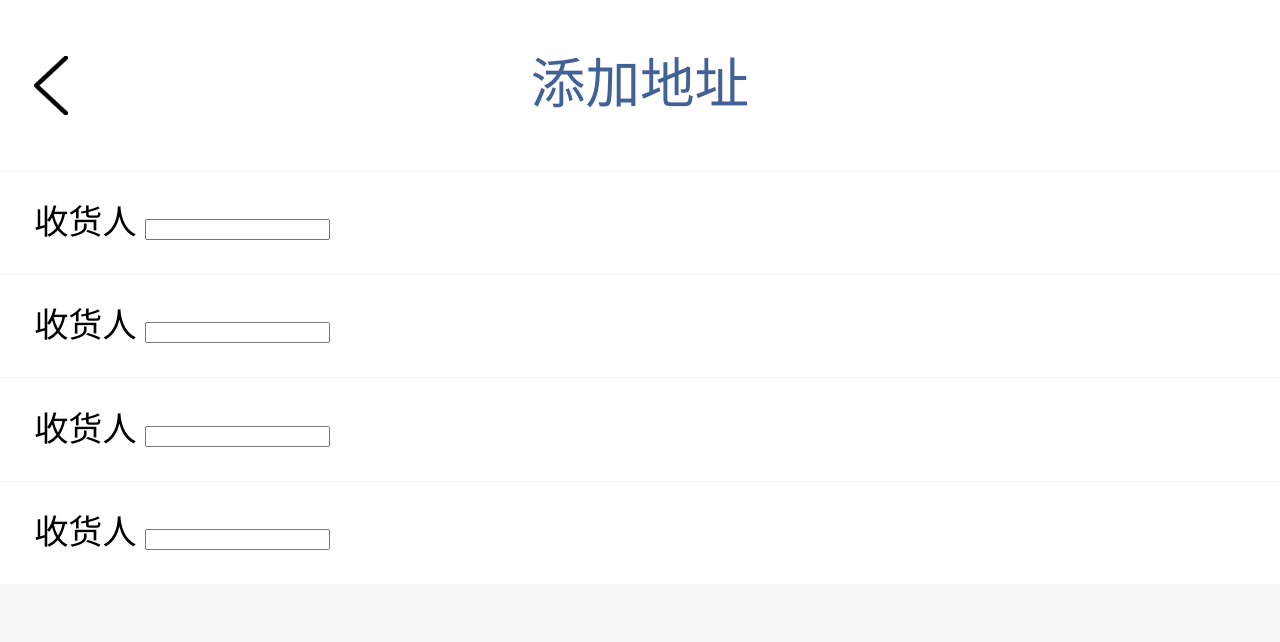
Repository: 421538074/sell
Page: consumer/manage-address.html
An editor plug-in stored every save of this project. The page is shown before and after the next save, followed by the edit.
The browser window is 1280 px wide. The pictures show the whole page.

Above is the page before, as saved 2019-06-03 16:08:27.

### consumer/manage-address.html
<!DOCTYPE html>
<html lang="en">

<head>
    <meta charset="UTF-8">
    <meta name="viewport" content="width=device-width, initial-scale=1.0">
    <meta http-equiv="X-UA-Compatible" content="ie=edge">
    <title>地址管理</title>
    <link rel="stylesheet" href="../css/base.css">
    <link rel="stylesheet" href="css/common.css">
    <link rel="stylesheet" href="css/manage-address.css">
</head>

<body>
    <div id="app" class="content">
        <nav class="nav-bar-wrapper">
            <img @click="back" src="../img/back.png" class="back-icon">
            <p class="nav-bar-title">{{title}}</p>
        </nav>
        <ul class="address-wrapper">
            <li class="address-item">
                <label class="title">收货人</label>
                <input type="text" class="input-item">
            </li>
            <li class="address-item">
                <label class="title">收货人</label>
                <input type="text" class="input-item">
            </li>
            <li class="address-item">
                <label class="title">收货人</label>
                <input type="text" class="input-item">
            </li>
            <li class="address-item">
                <label class="title">收货人</label>
                <input type="text" class="input-item">
            </li>
        </ul>
    </div>
    <script src="../js/api.js"></script>
    <script src="../js/jquery.min.js"></script>
    <script src="../js/vue.js"></script>
    <script src="js/vue-mixin.js"></script>
    <script src="js/manage-address.js"></script>
</body>

</html>

### css/base.css
/* http://meyerweb.com/eric/tools/css/reset/
   v2.0 | 20110126
   License: none (public domain)
*/

html,
body,
div,
span,
applet,
object,
iframe,
h1,
h2,
h3,
h4,
h5,
h6,
p,
blockquote,
pre,
a,
abbr,
acronym,
address,
big,
cite,
code,
del,
dfn,
em,
img,
ins,
kbd,
q,
s,
samp,
small,
strike,
strong,
sub,
sup,
tt,
var,
b,
u,
i,
center,
dl,
dt,
dd,
ol,
ul,
li,
fieldset,
form,
label,
legend,
table,
caption,
tbody,
tfoot,
thead,
tr,
th,
td,
article,
aside,
canvas,
details,
embed,
figure,
figcaption,
footer,
header,
hgroup,
menu,
nav,
output,
ruby,
section,
summary,
time,
mark,
audio,
video {
    margin: 0;
    padding: 0;
    border: 0;
    font-size: 100%;
    font: inherit;
    vertical-align: baseline;
}

/* HTML5 display-role reset for older browsers */
article,
aside,
details,
figcaption,
figure,
footer,
header,
hgroup,
menu,
nav,
section {
    display: block;
}

body {
    line-height: 1;
}

ol,
ul {
    list-style: none;
}

blockquote,
q {
    quotes: none;
}

blockquote:before,
blockquote:after,
q:before,
q:after {
    content: '';
    content: none;
}

table {
    border-collapse: collapse;
    border-spacing: 0;
}


body,
html {
    font-size: calc(100vw / 37.5) !important;
    font-family: PingFangSC-Medium;
    background: #F2F2F2;
}


[v-cloak] {
    display: none;
}


hr {
    margin: 0;
    padding: 0;
}

.clearfix {
    zoom: 1;
}

.clearfix:after {
    content: ".";
    display: block;
    visibility: hidden;
    height: 0;
    clear: both;
}

[v-cloak] {
    display: none;
}

### consumer/css/common.css
*{
    box-sizing: border-box;
}
html,body{
    background: #f6f6f6;
}
html,body,div.content{
    height: 100%;
}
/*底部菜单栏*/
nav.tool-bar-wrapper {
    height: 5rem;
    background: #ffffff;
    display: flex;
    align-items: center;
    justify-content: space-around;
}
a.nav-item {
    color: #888888;
    text-decoration: none;
    font-size: 1.5rem;
    display: flex;
    flex-direction: column;
    align-items: center;
    justify-content: space-around;
    height: 90%;
}
a.nav-item.active{
    color: #0093FF;
}
img.nav-item-icon{
    width: 1.5rem;
    height: 1.5rem;
}
.ellipsis{
    overflow: hidden;
    white-space: nowrap;
    text-overflow: ellipsis;
}
/*顶部返回栏 */
nav.nav-bar-wrapper {
    background: #FFFFFF;
    height: 5rem;
    display: flex;
    align-items: center;
    justify-content: space-around;
    position: fixed;
    width: 100%;
    top: 0;
    z-index: 2;
    font-size: 1.6rem;
    color: #426196;
}
img.back-icon {
    position: absolute;
    width: 1rem;
    left: 1rem;
}

### consumer/css/manage-address.css
div.content{
    padding-top: 5rem;
}
ul.address-wrapper {
    background: #FFFFFF;
}
li.address-item {
    border-top: 1px solid #f6f6f6;
    padding: 1rem;
}

### js/api.js
function getUrlKey(name) {
    return decodeURIComponent((new RegExp('[?|&]' + name + '=' + '([^&;]+?)(&|#|;|$)').exec(location.href) || [, ""])[1].replace(/\+/g, '%20')) || null;
}


// window.warn = {
//     alert: function alert(msg) {
//         var template = `
// `
//         $('body').append(template);
//         $('.alert-body').animate({
//             top: "40px"
//         }, 200);
//         // setTimeout(function () {
//         //     warn.close();
//         // }, 1500);
//     },
//     close: function close() {
//         $('.alert-body').animate({
//             top: "-280px"
//         }, 200);
//         setTimeout(function () {
//             $('#alert-msg').remove();
//         }, 200);
//     }
// };

### consumer/js/vue-mixin.js
Vue.mixin({
    methods: {
        /**
         * 返回
         */
        back() {
            history.go(-1);
        },
        /**
         * 限制长度
         * @param {String} 要限制长度的字段
         * @param {Number} 长度
         */
        limitLength(key, length) {
            this[key] = this[key].substring(0, length);
        },
        /**
         * 验证11位手机号
         * @param {Number} phone
         */
        validatePhone(phone) {
            const phoneReg = /^[1-9][0-9]{9}[0-9]$/;
            return phoneReg.test(phone);
        },
        /**
         * 发送手机验证码
         * @param {Number} waitTimeKey 等待时间键名
         * @param {String} tipsKey 发送验证码显示的信息的键名
         * @param {String} phoneKey 手机号键名
         * @param {String} reSendMsg  按钮默认显示的文字
         */
        sendCode(waitTimeKey, tipsKey, phoneKey, defaultMsg) {
            if (!this.validatePhone(this[phoneKey])) {
                alert('无效手机号!');
                return;
            }
            if (this[waitTimeKey] == 60) {
                $.post('', {
                        phone: this[phoneKey]
                    }, (res) => {
                        if (res.status == 1) {
                            const interval = setInterval(() => {
                                if (this[waitTimeKey] == 1) {
                                    this[waitTimeKey] = 60;
                                    this[tipsKey] = defaultMsg;
                                    clearInterval(interval);
                                    return;
                                }
                                this[waitTimeKey] -= 1;
                                this[tipsKey] = `${this[waitTimeKey]}s`;
                            }, 1000);
                        } else {
                            alert('发送失败!');
                        }
                    }, 'json')
                    .fail(err => {
                        alert('服务器异常!');
                    });
            }
        },
        /**
         * 链接跳转
         * @param {String} url
         */
        linkTo(url) {
            window.location.href = url;
        },
        /**
         * 获得URL参数
         */
        getParams() {
            var list = location.search.substring(1).split('&');
            var param = {};
            list.forEach(function (value) {
                var temp = value.split('=');
                param[temp[0]] = temp[1];
            });
            return param;
        }
    },
    filters: {

    }
})

### consumer/js/manage-address.js
new Vue({
    el: '#app',
    data() {
        return {
            title:''
        }
    },
    created() {
        if (this.getParams().type == 'edit') {
            this.title = '编辑地址';
        } else {
            this.title = '添加地址';
        }
    },
})

Loaded but not shown: js/jquery.min.js (library); js/vue.js (library)

After the next save:
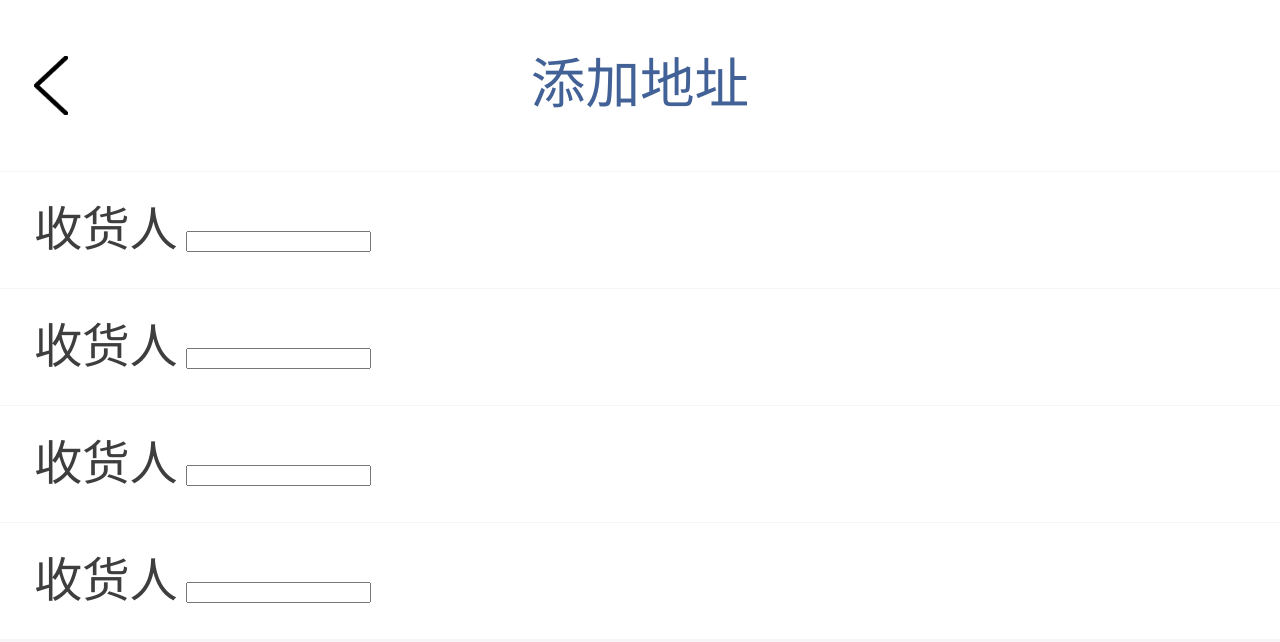
Saved 21 s later.
--- a/consumer/css/manage-address.css
+++ b/consumer/css/manage-address.css
@@ -8,3 +8,7 @@ li.address-item {
     border-top: 1px solid #f6f6f6;
     padding: 1rem;
 }
+label.title {
+    color: #3E3E3E;
+    font-size: 1.4rem;
+}
